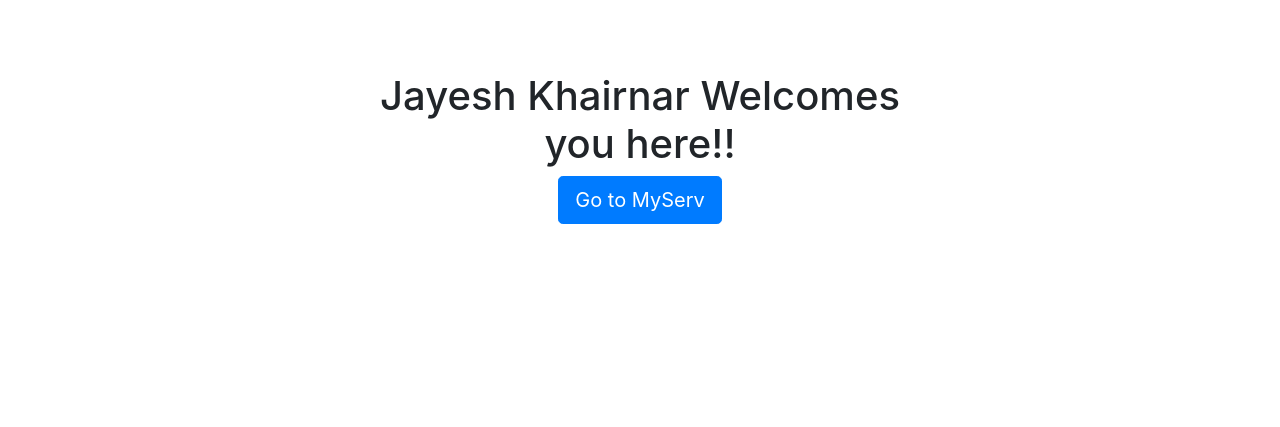
Repository: JayeshKhairnar1/Servlet_JSP
Page: ConnectionPool/src/main/webapp/index.html
These files come from the project's save history. The page is drawn as it stood at one moment and after the next save; the edit follows.
The browser window is 1280 px wide. The pictures show the whole page.
Some web libraries are served in a nearby version.

Above is the page before, as saved 2024-06-27 06:33:06.

### ConnectionPool/src/main/webapp/index.html
<!DOCTYPE html>
<html lang="en">
<head>
    <meta charset="UTF-8">
    <meta name="viewport" content="width=device-width, initial-scale=1.0">
    <title>Route to MyServ</title>
    <!-- Bootstrap CSS -->
    <link href="https://stackpath.bootstrapcdn.com/bootstrap/4.5.2/css/bootstrap.min.css" rel="stylesheet">
</head>
<body>
    <div class="container">
        <div class="row justify-content-center mt-5">
            <div class="col-md-6 text-center">
                <h1 class="mb-4"><h1>Jayesh Khairnar Welcomes you here!!</h1></h1>
                <button class="btn btn-primary btn-lg" onclick="routeToMyServ()">Go to MyServ</button>
            </div>
        </div>
    </div>

    <script>
        function routeToMyServ() {
            window.location.href = 'MyServ';
        }
    </script>
    <!-- Bootstrap JS, Popper.js, and jQuery -->
    <script src="https://code.jquery.com/jquery-3.5.1.slim.min.js"></script>
    <script src="https://cdn.jsdelivr.net/npm/@popperjs/core@2.5.4/dist/umd/popper.min.js"></script>
    <script src="https://stackpath.bootstrapcdn.com/bootstrap/4.5.2/js/bootstrap.min.js"></script>
</body>
</html>

After the next save:
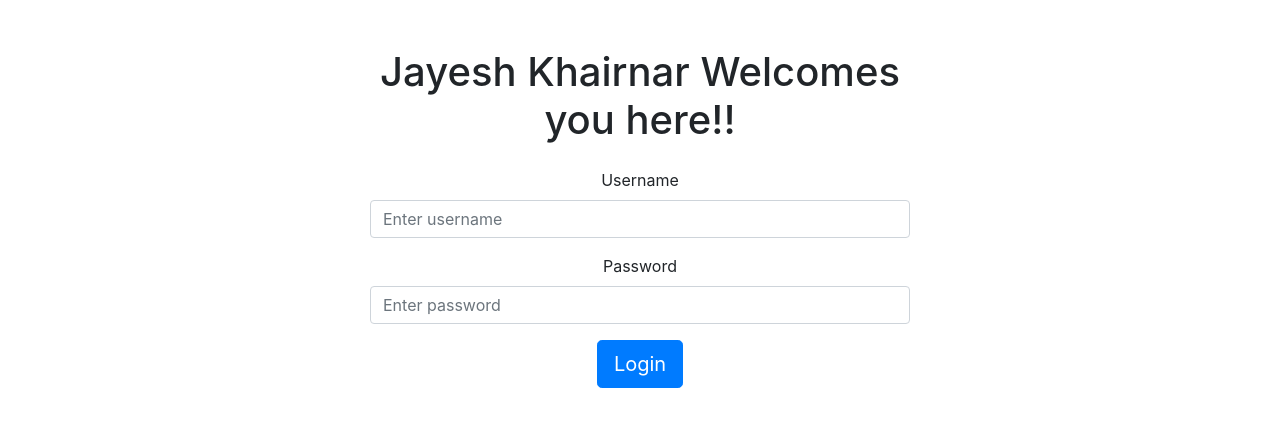
Saved 3 min 4 s later.
--- a/ConnectionPool/src/main/webapp/index.html
+++ b/ConnectionPool/src/main/webapp/index.html
@@ -11,15 +11,32 @@
     <div class="container">
         <div class="row justify-content-center mt-5">
             <div class="col-md-6 text-center">
-                <h1 class="mb-4"><h1>Jayesh Khairnar Welcomes you here!!</h1></h1>
-                <button class="btn btn-primary btn-lg" onclick="routeToMyServ()">Go to MyServ</button>
+                <h1 class="mb-4">Jayesh Khairnar Welcomes you here!!</h1>
+                <form id="loginForm">
+                    <div class="form-group">
+                        <label for="username">Username</label>
+                        <input type="text" class="form-control" id="username" placeholder="Enter username">
+                    </div>
+                    <div class="form-group">
+                        <label for="password">Password</label>
+                        <input type="password" class="form-control" id="password" placeholder="Enter password">
+                    </div>
+                    <button type="button" class="btn btn-primary btn-lg" onclick="validateLogin()">Login</button>
+                </form>
             </div>
         </div>
     </div>
 
     <script>
-        function routeToMyServ() {
-            window.location.href = 'MyServ';
+        function validateLogin() {
+            const username = document.getElementById('username').value;
+            const password = document.getElementById('password').value;
+
+            if (username === 'Admin' && password === '12345') {
+                window.location.href = 'MyServ';
+            } else {
+                alert('Invalid username or password');
+            }
         }
     </script>
     <!-- Bootstrap JS, Popper.js, and jQuery -->
